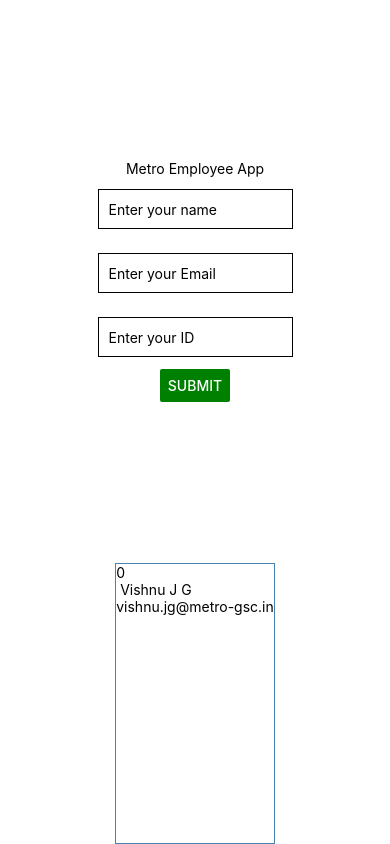
Repository: VishnuJG/Metro-Employee-App
Screen: /
An editor plug-in stored every save of this project. The screen is shown before and after the next save, followed by the edit.
The app was drawn by React Native's web renderer in a window 390 px wide. The project was rebuilt for these pictures with package versions that can differ from the ones it lists, and the page was loaded fresh each time.

Above is the screen before, as saved 2022-06-28 14:00:08.

After the next save:
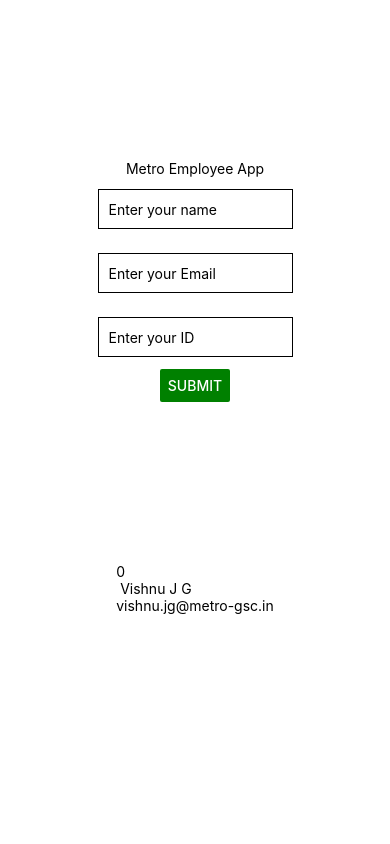
Saved 4 s later.
--- a/components/Task.js
+++ b/components/Task.js
@@ -23,6 +23,5 @@ const styles = StyleSheet.create({
     width:'100%',
 
     justifyContent: 'left',
-    border :'1px solid steelblue'
   }
 });
